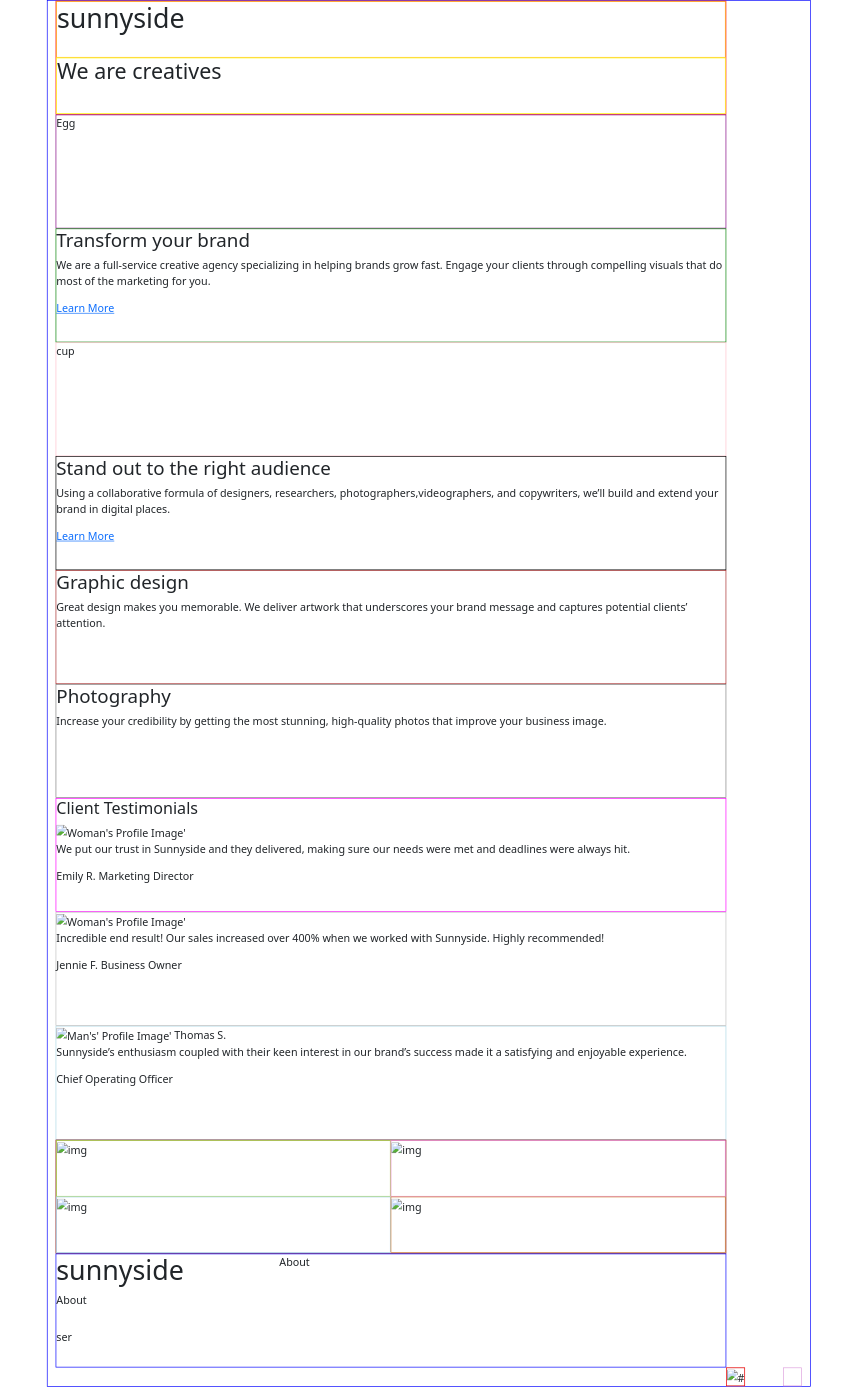
Repository: Roshanell/Sunny-Side-Agency
Page: index.html
These files come from the project's save history. The page is drawn as it stood at one moment and after the next save; the edit follows.
The browser window is 1280 px wide. The pictures show the whole page, at 67% of full size.

Above is the page before, as saved 2022-07-01 12:43:13.

After the next save:
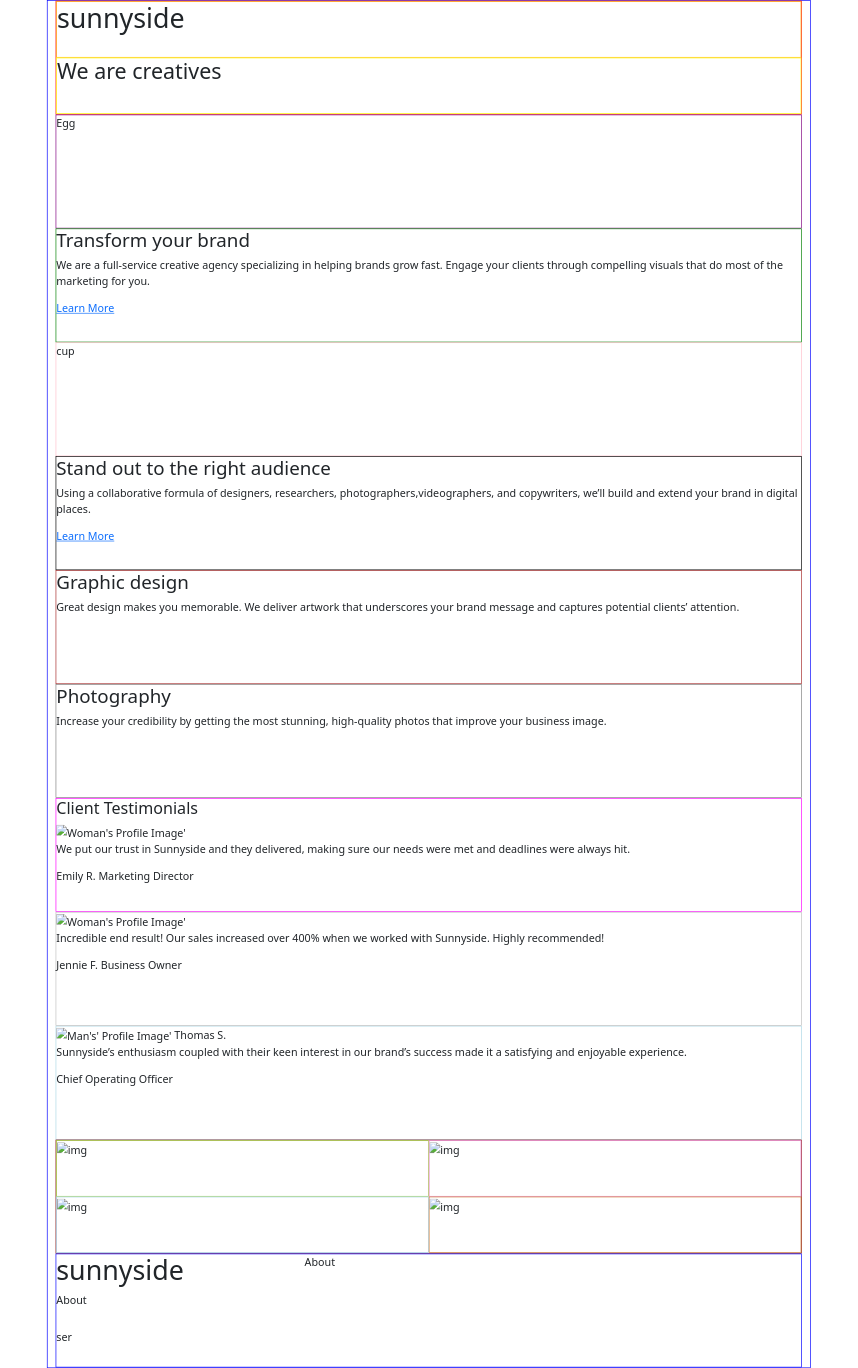
Saved 3 min 14 s later.
--- a/index.html
+++ b/index.html
@@ -103,12 +103,12 @@
         <span>About</span>
       </div>
       <div class="logo">
-        <div class="fbIcon">
+        <!-- <div class="fbIcon">
           <img src="#" alt="#">
         </div>
         <div class="twiterIcon"></div>
         <div class="igIcon"></div>
-        <div class="pinterest"></div>
+        <div class="pinterest"></div> -->
       </div>
     </div>
 
